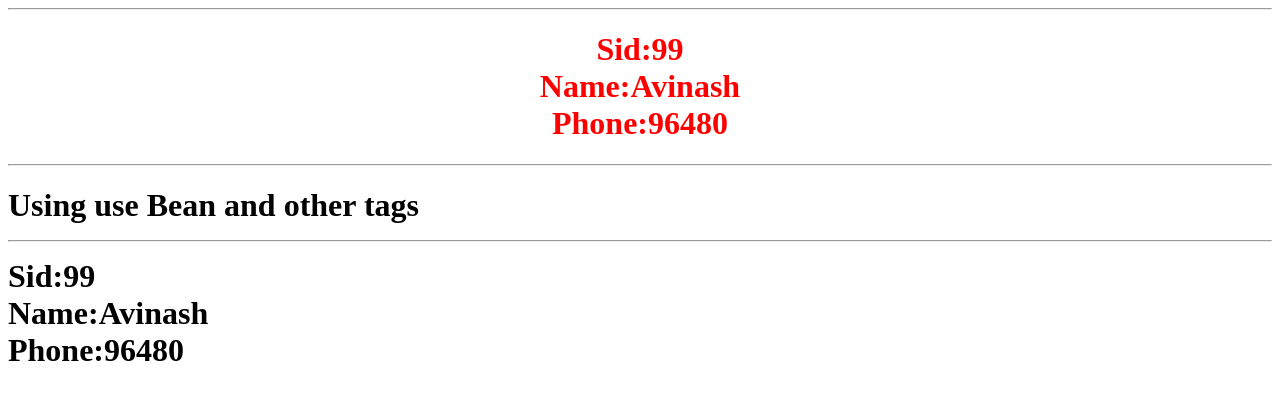
Repository: avinashxr10/Java-Codes
Page: http://localhost/JSP2/
An editor plug-in stored every save of this project. The page is shown before and after the next save, followed by the edit.
The browser window is 1280 px wide. The pictures show the whole page.
The page is served by Tomcat 9.

Above is the page before, as saved 2021-12-29 16:16:19.

After the next save:
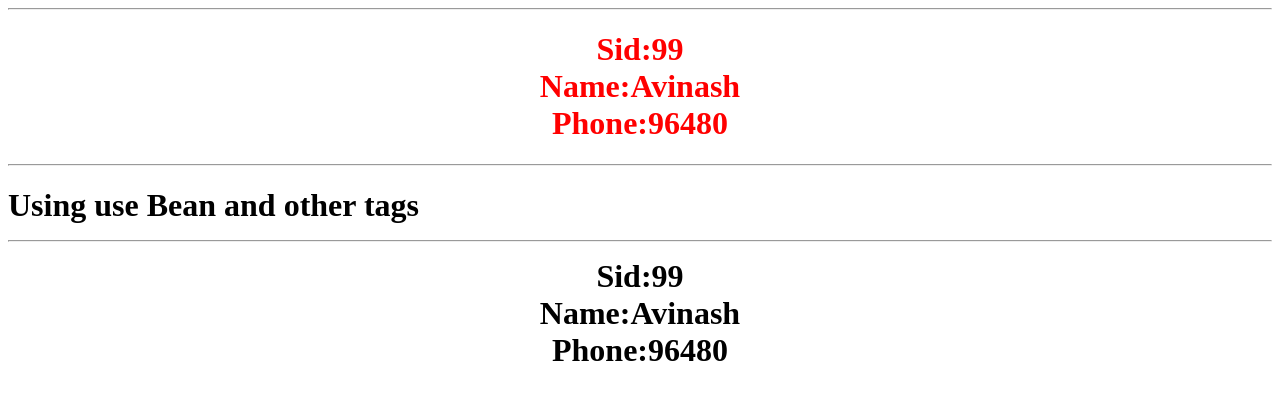
Saved 50 s later.
--- a/JSP/JSP2/src/main/webapp/index.jsp
+++ b/JSP/JSP2/src/main/webapp/index.jsp
@@ -40,9 +40,12 @@
 		<jsp:setProperty property="name" name="STUD" value="som rai" />
 		<jsp:setProperty property="phone" name="STUD" value="9990699111" /> --%>
 		<hr>
-		Sid:<jsp:getProperty property="sid" name="STUD" /><br>Name:<jsp:getProperty
-			property="name" name="STUD" /><br>Phone:<jsp:getProperty
-			property="phone" name="STUD" />
+		<center>
+			Sid:<jsp:getProperty property="sid" name="STUD" /><br>Name:<jsp:getProperty
+				property="name" name="STUD" /><br>Phone:<jsp:getProperty
+				property="phone" name="STUD" />
+		</center>
+
 	</h1>
 
 </body>
